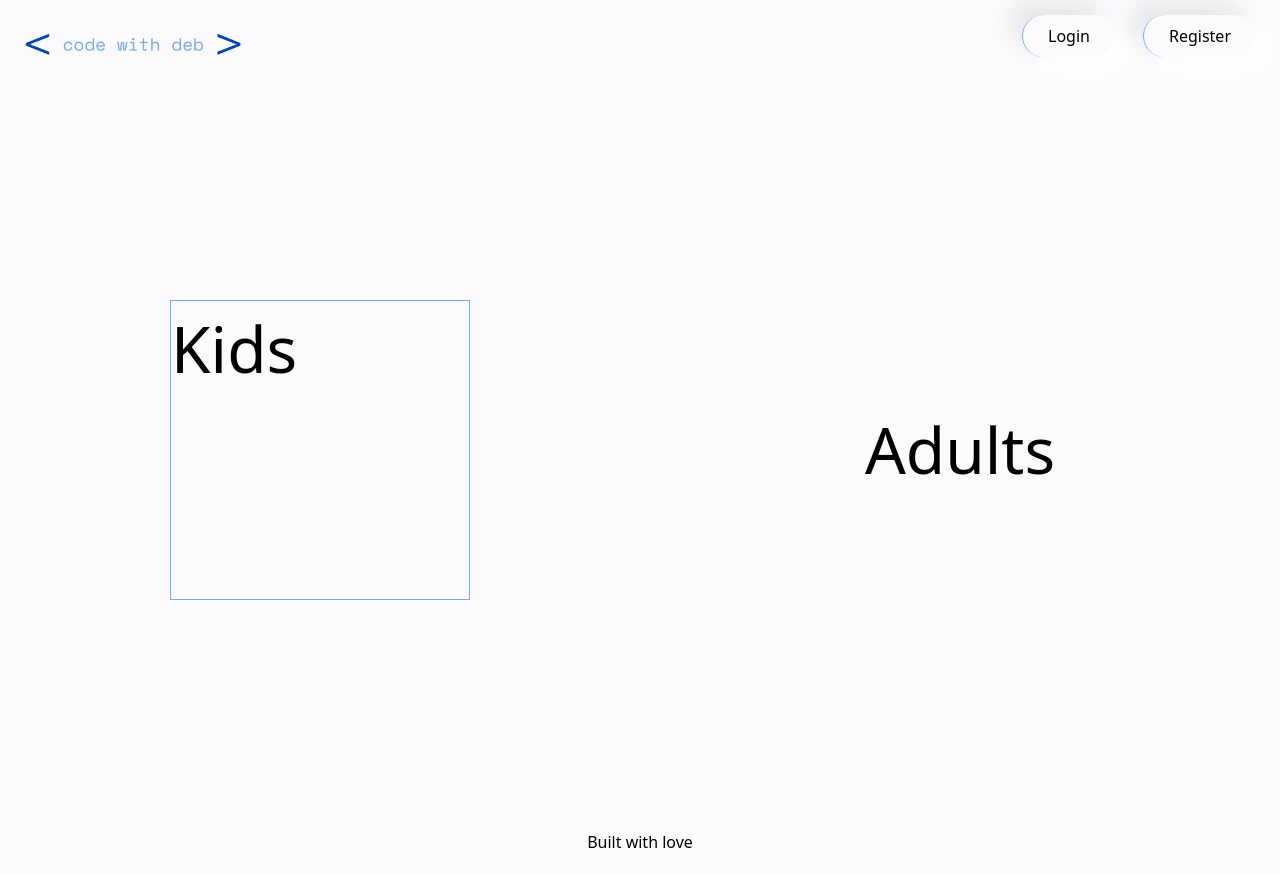
Repository: latenightsnacc/codewithdeb
Page: index.html
These files come from the project's save history. The page is drawn as it stood at one moment and after the next save; the edit follows.
The browser window is 1280 px wide. The pictures show the whole page.
The style sheet was rebuilt from its Sass, Less or Tailwind sources for each picture, by a compiler version that may differ from the author's.

Above is the page before, as saved 2020-11-25 16:46:58.

### index.html
<!DOCTYPE html>
<html lang="en">
<head>
    <meta charset="UTF-8">
    <meta name="viewport" content="width=device-width, initial-scale=1.0">
    <!--Tailwind CDN-->
    <link rel="stylesheet" href="https://cdnjs.cloudflare.com/ajax/libs/tailwindcss/1.9.6/base.min.css" integrity="sha512-hEjkvMSM0ql6VJcNK0gTmjt9ar8F2yHeBUbJKtyvQhkkbGMhiJ4+MaiB8XxsthLAHJx5vy2I9dN0un8HiWG2LA==" crossorigin="anonymous" />
    <link rel="stylesheet" href="https://cdnjs.cloudflare.com/ajax/libs/tailwindcss/1.9.6/components.min.css" integrity="sha512-TizAONqhvXjEfRPhptSUkZNVU497PzAnXNGNUoeOjeni4dHpJ+ak+ZsyoGna20LH/yg1PvdufN1VbnVQeVDftg==" crossorigin="anonymous" />
    <link rel="stylesheet" href="https://cdnjs.cloudflare.com/ajax/libs/tailwindcss/1.9.6/tailwind.css" integrity="sha512-HY1FOTeAX9idUBWDhVDrBg8QUHBisKVQ4BCVj1jFo5z76mk87w4Rr5YGP8nBkcGmoMzqYvdeXHMOg/olF45z3g==" crossorigin="anonymous" />
    <link rel="stylesheet" href="https://cdnjs.cloudflare.com/ajax/libs/tailwindcss/1.9.6/utilities.min.css" integrity="sha512-0QJfuLKyYJWGB5hKArJW67xqMLDlR8YaLM/ZuW2mRn4NRwHNsGm7UuREc5Fu7jONHyewPKnGODY0N8G+FQbfxg==" crossorigin="anonymous" />
    <link rel="stylesheet" href="styling/stylesheet.css">
    <title>Welcome to Code with Deb</title>
</head>
<body class="overflow-x-hidden light-bg">
    <!--Header-->
    <nav class="container">
        <div class="nav  w-full flex flex-row justify-between p-5">
            <!--Logo-->
            <a href="index.html" class="logo">
                <img src="assets/logo/codewithdebSm.png" alt="code with deb logo">
            </a>
            <ul class="menu flex flex-row">
                <li class="nav-item m-1">
                    <a href="login.html" class="nav-link">Login</a>
                </li>
                <li class="nav-item m-1">
                    <a href="login.html" class="nav-link">Register</a>
                </li>
            </ul>
        </div>
    </nav>
    <!--End of Header-->

     <!--Content-->
    <main class="wrapper">
        <div class="container ">
            <div class="flex flex-row w-screen">
                <div class="w-1/2 h-screen flex items-center justify-center">
                    <div class="door">
                        <h1 class="text-6xl">Kids</h1>
                    </div>

                </div>
                <div class="w-1/2 h-screen flex items-center justify-center">
                    <h1 class="text-6xl">Adults</h1>
                </div>
            </div>
        </div>
    </main>
    <!--End of content-->

    <footer class="footer">
        <div class="container">
            <p class="text-center p-5">Built with love</p>
        </div>
    </footer>

    <!--Bootstrap Scripts-->
    <script src="https://code.jquery.com/jquery-3.5.1.slim.min.js" integrity="sha384-DfXdz2htPH0lsSSs5nCTpuj/zy4C+OGpamoFVy38MVBnE+IbbVYUew+OrCXaRkfj" crossorigin="anonymous"></script>
    <script src="https://cdn.jsdelivr.net/npm/popper.js@1.16.1/dist/umd/popper.min.js" integrity="sha384-9/reFTGAW83EW2RDu2S0VKaIzap3H66lZH81PoYlFhbGU+6BZp6G7niu735Sk7lN" crossorigin="anonymous"></script>
    <script src="https://cdn.jsdelivr.net/npm/bootstrap@4.5.3/dist/js/bootstrap.min.js" integrity="sha384-w1Q4orYjBQndcko6MimVbzY0tgp4pWB4lZ7lr30WKz0vr/aWKhXdBNmNb5D92v7s" crossorigin="anonymous"></script>
</body>
</html>

### styling/stylesheet.scss
@import 'variables';

.light-bg {
    background-color: $light;
}
.dark-bg {
    background-color: $dark;
}
.nav-link {
    padding: 10px 25px;
    box-shadow: $bsIn;
    margin-left: 20px;
    border-radius: 30px;
    border-left: 1px $blue solid;

    &:hover {
        transition-property: all;
        transform-style: preserve-3d;
        transition-duration: 500ms;
        border: 1px $blue solid;
    }
}
.logo {
    img {
        max-height: 50px;
    }
}
.door {
    width: 300px;
    height: 300px;
    border: 1px solid $blue;


    &:hover {
        box-shadow: $bSoftB;
    }
}

### styling/_variables.scss
$light: #fcfafd;
$dark: #000000;
$bsIn: -13px -13px 25px #e8e6e9,
13px 13px 25px #ffffff;
$bsOut: -13px -13px 25px #d6d5d7,
13px 13px 25px #ffffff;
$bSoftB: -13px -13px 25px #e8e6e9,
13px 13px 25px #71aded6e;
$blue: #71aded;
$blue2: #0263e4;

After the next save:
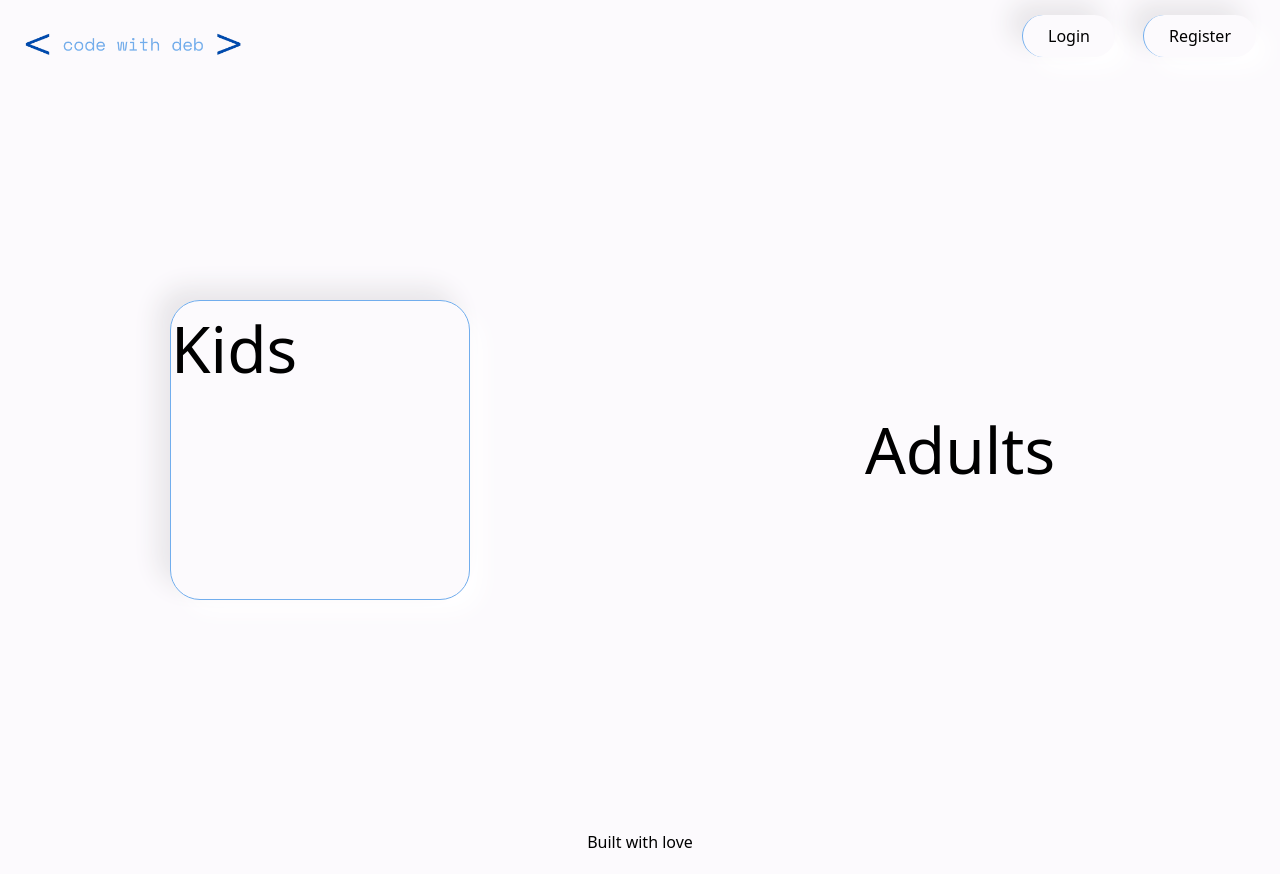
Saved 33 s later.
--- a/styling/stylesheet.scss
+++ b/styling/stylesheet.scss
@@ -29,6 +29,8 @@
     width: 300px;
     height: 300px;
     border: 1px solid $blue;
+    border-radius: 30px;
+    box-shadow: $bsIn;
 
 
     &:hover {
